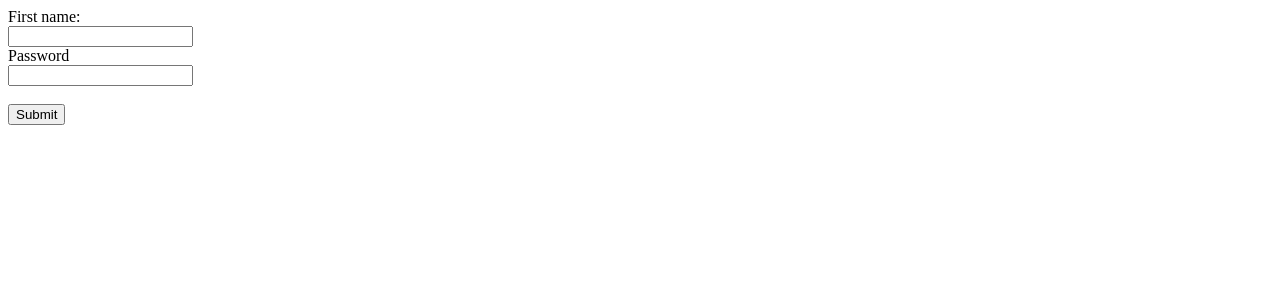
Repository: kaska94/Java-Servlet-Login
Page: Site/WebContent/Signin.html
The author's editor kept a copy of each file at every save. The page is drawn from the files as they stood at one save, then again after the next save.
The browser window is 1280 px wide. The pictures show the whole page.

Above is the page before, as saved 2016-03-14 11:40:45.

After the next save:
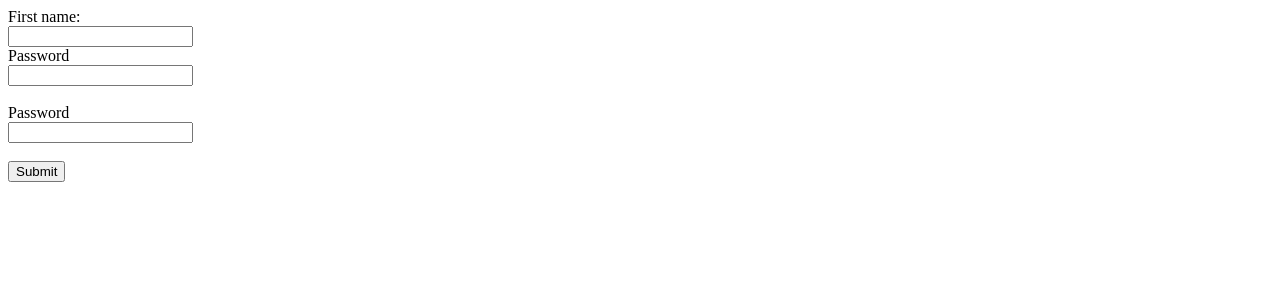
Saved 47 s later.
--- a/Site/WebContent/Signin.html
+++ b/Site/WebContent/Signin.html
@@ -11,6 +11,9 @@
   <input type="text" name="username"><br>
   Password<br>
   <input type="password" name="password"><br><br>
+  Password<br>
+  <input type="password" name="passwordconfirm"><br><br>
+
   <input type="submit" value="Submit">
 </form>
 
